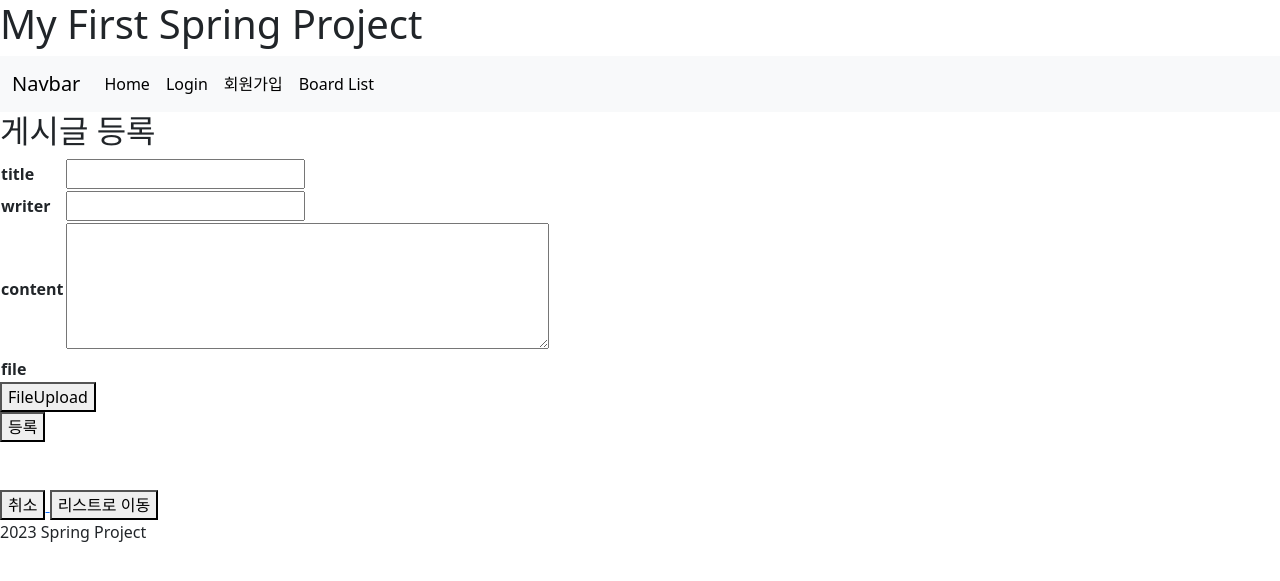
Repository: HongSeungBo/secondspring
Page: http://localhost/spring_test/WEB-INF/views/board/register.jsp
These files come from the project's save history. The page is drawn as it stood at one moment and after the next save; the edit follows.
The browser window is 1280 px wide. The pictures show the whole page.
The page is served by Tomcat 9. Nobody is signed in. The template is opened directly, without the code that normally fills it, so the values that code supplies are empty.

Above is the page before, as saved 2023-10-12 11:49:31.

After the next save:
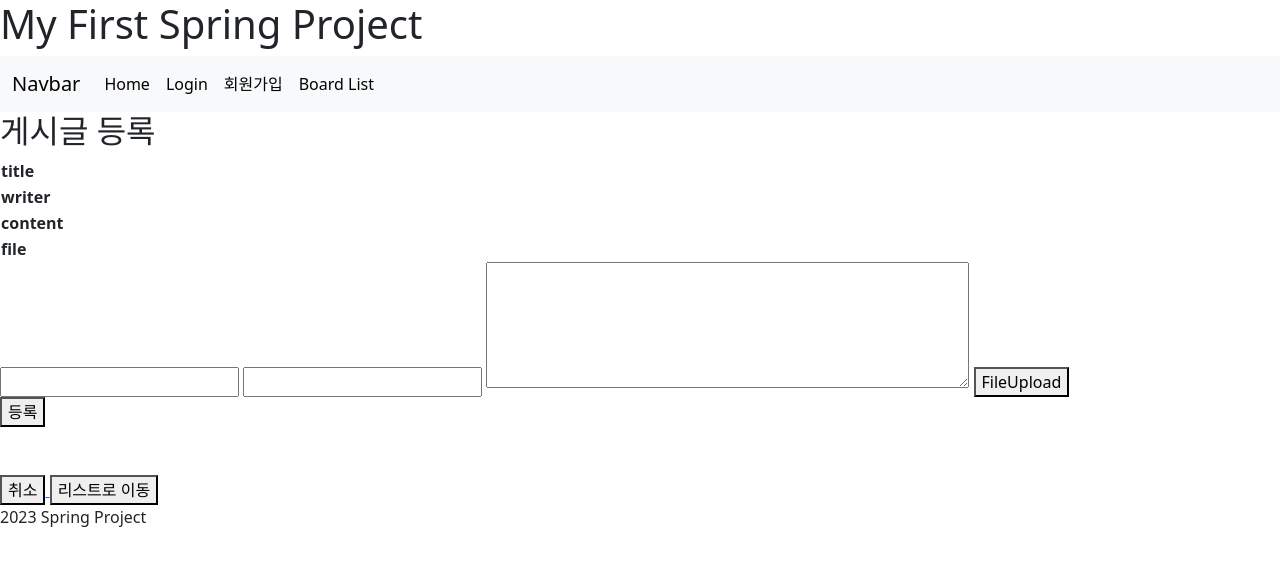
Saved 47 min 5 s later.
--- a/spring test/src/main/webapp/WEB-INF/views/board/register.jsp
+++ b/spring test/src/main/webapp/WEB-INF/views/board/register.jsp
@@ -16,28 +16,28 @@
 			<tr>
 				<th>title</th>
 				<td>
-					<input type="text" name="title">
 				</td>
 			</tr>
 			<tr>
 				<th>writer</th>
 				<td>
-					<input type="text" name="writer" value="${ses.id }" readonly="readonly">
 				</td>
 			</tr>
 			<tr>
 				<th>content</th>
 				<td>
-					<textarea rows="5" cols="50" name="content"></textarea>
 				</td>
 			</tr>
 			<tr>
 				<th>file</th>
 				<td>
-					<input type="file" id="file" name="files" multiple="multiple" style="display:none">
 				</td>
 			</tr>
 		</table>
+					<input type="text" name="title">
+					<input type="text" name="writer" value="${ses.id }" readonly="readonly">
+					<textarea rows="5" cols="50" name="content"></textarea>
+					<input type="file" id="file" name="files" multiple="multiple" style="display:none">
 			<button type="button" id="trigger">FileUpload</button><br>
 			<div id="fileZone">
 
